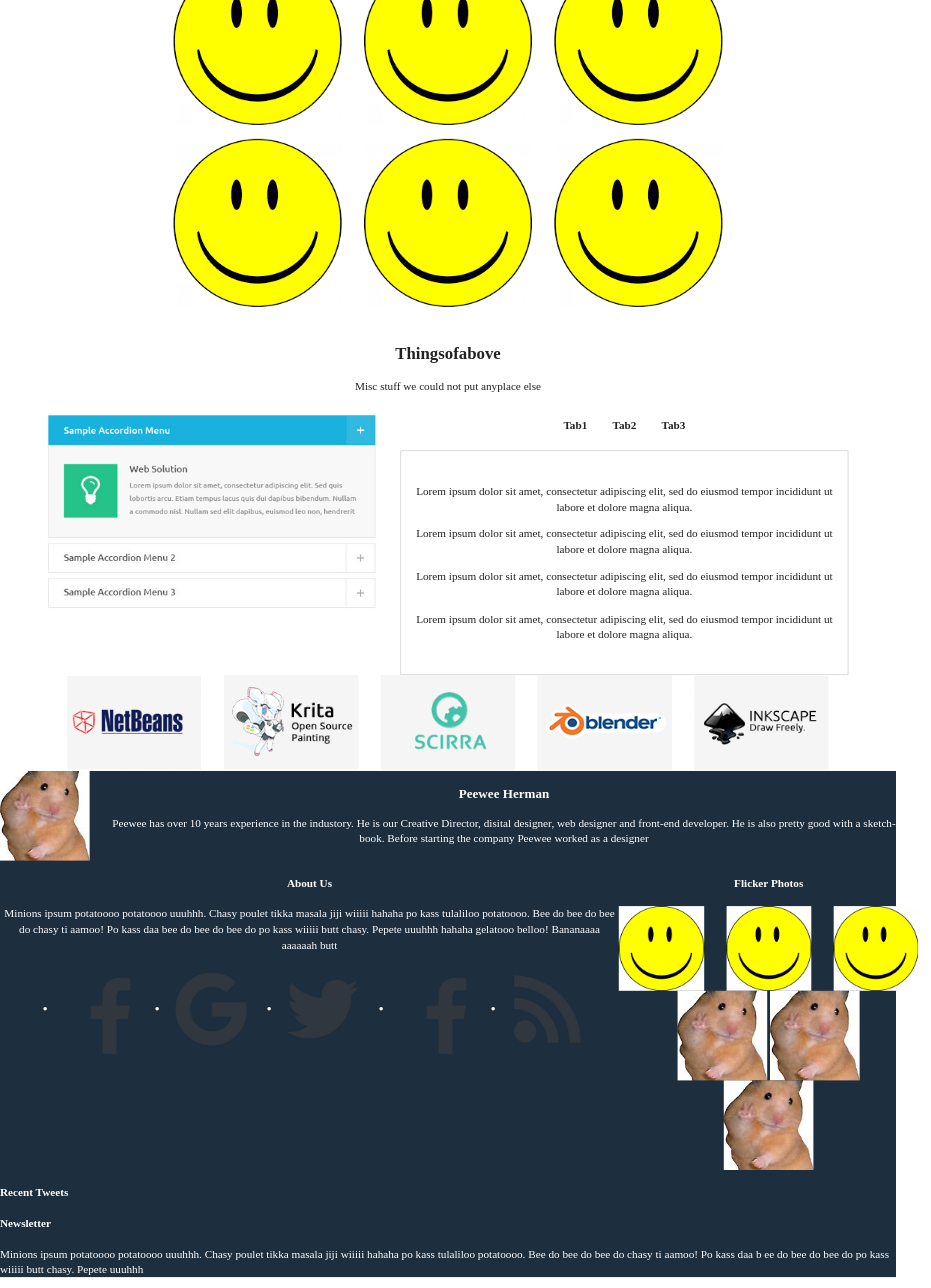
Repository: KanaKimishima/project1-responsive
Page: index.html
The author's editor kept a copy of each file at every save. The page is drawn from the files as they stood at one save, then again after the next save.
The browser window is 1280 px wide. The page is 1312 px wide, then 1330 px, so the pictures cover 1330 px, including what lies to the right of the window. The pictures show the part of the page from y = 1769 to 3609 px (the page is 3609 px tall), at 70% of full size.

Above is the page before, as saved 2023-02-06 22:14:18.

### index.html
<!doctype html>
<html class="no-js" lang="">

<head>
  <meta charset="utf-8">
  <title></title>
  <meta name="description" content="">
  <meta name="viewport" content="width=device-width, initial-scale=1">

  <meta property="og:title" content="">
  <meta property="og:type" content="">
  <meta property="og:url" content="">
  <meta property="og:image" content="">

  <link rel="manifest" href="site.webmanifest">
  <link rel="apple-touch-icon" href="icon.png">
  <!-- Place favicon.ico in the root directory -->

  <link rel="stylesheet" href="css/normalize.css">
  <link rel="stylesheet" href="css/main.css">
</head>

<body class="page page-home">
    <header class="page__header">
        <img src="img/logo.png" alt="" class="logo">
        <a href="/">
            <div class="navTab homeTab">
                <img src="img/Home.png" class="navBarIcons">
                <h5>Home</h5>
            </div>
        </a>
        <a href="/">
            <div class="navTab pagesTab">
                <img src="img/pages.png" class="navBarIcons">
                <h5> Pages</h5>
            </div>
        </a>
        <a href="/">
            <div class="navTab blogTab">
                <img src="img/blog.png" class="navBarIcons">
                <h5>Blog</h5>
            </div>
        </a>
        <a href="/">
            <div class="navTab portfolioTab">
                <img src="img/profolio.png" class="navBarIcons">
                <h5>Portfolio</h5>
            </div>
        </a>
        <a href="/">
            <div class="navTab home2Tab">
                <img src="img/home2.png" class="navBarIcons">
                <h5>Home2</h5>
            </div>
        </a>
    </header> <!-- page__header ends here-->

    <div class="page_slide_column">
        <div class="row">
            <img class="minion" src="img/minion.jpg" alt>
        </div>
    </div> <!-- page_slide_column ends here-->


    <div class="page__intro">
        <div class="row">
            <h1 class="heading">Hey guys! This is the <span class="text-color">Metrolics</span> theme. <br>It sports a responsive layout with a mobile layout.</h1>
        </div>
    </div> <!-- page__intro ends here-->

    <section class="about">
        <div class="row">
            <div class="column">
                <h2 class="heading">Things That We Do</h2>
                <p class="text">ask us what we can do for you.</p>
            </div>
        </div>
        <div class="row">
            <div class="column">
                <img src="img/solutions.png" class="things">
                <h3 class="heading">Web Solutions</h3>
                <p class="text">We are a fairly small, flexible design studio that designs for print and web. We work flexibly with clients to fulfil their design needs. Whether you need to create a brand from scratch, including marketing materials and a beautiful and functional website or whether you are looking for a design refresh we are confident you will be pleased with the results.</p>
            </div>
            <div class="column">
                <img src="img/photo.png"  class="things">
                <h3 class="heading">Photography</h3>
                <p class="text">We are a fairly small, flexible design studio that designs for print and web. We work flexibly with clients to fulfil their design needs. Whether you need to create a brand from scratch, including marketing materials and a beautiful and functional website or whether you are looking for a design refresh we are confident you will be pleased with the results.</p>
            </div>
            <div class="column">
                <img src="img/web development.png" class="things">
                <h3 class="heading">Web Development</h3>
                <p class="text">We are a fairly small, flexible design studio that designs for print and web. We work flexibly with clients to fulfil their design needs. Whether you need to create a brand from scratch, including marketing materials and a beautiful and functional website or whether you are looking for a design refresh we are confident you will be pleased with the results.</p>
            </div>
            <div class="column">
                <img src="img/design.png" class="things">
                <h3 class="heading">Web Design</h3>
                <p class="text">We are a fairly small, flexible design studio that designs for print and web. We work flexibly with clients to fulfil their design needs. Whether you need to create a brand from scratch, including marketing materials and a beautiful and functional website or whether you are looking for a design refresh we are confident you will be pleased with the results.</p>
            </div>
        </div>
    </section> <!-- about ends here-->


    <section class="projects--new">
        <div class="row">
            <div class="secondHeader">
                <h2 class="heading">What's up Lately?</h2>
                <p class="text">Read up on our latest work</p>
            </div>
        </div>
        <div class="row">
            <div class="column">
                <img src="img/Happy.png" class="happy" alt="">

            </div>
            <div class="column">
                <img src="img/Happy.png" class="happy" alt="">
            </div>
            <div class="column">
                <img src="img/Happy.png" class="happy" alt="">
            </div>
        </div>
    </section> <!-- projects--new ends here-->

    <section class="projects">
        <div class="row">
            <div class="heading">
                <h2 class="heading">Our Latest Projects</h2>
                <p class="text">Client happy? We are happy.</p>
            </div>
        </div>
        <div class="row happyimages">
            <div class="column">
                <img src="img/Happy.png" class="happy" alt="">
            </div>
            <div class="column">
                <img src="img/Happy.png" class="happy" alt="">
            </div>
            <div class="column">
                <img src="img/Happy.png" class="happy" alt="">
            </div>
        </div>
        <div class="row happyimages">
            <div class="column">
                <img src="img/Happy.png" class="happy" alt="">
            </div>
            <div class="column">
                <img src="img/Happy.png" class="happy" alt="">
            </div>
            <div class="column">
                <img src="img/Happy.png" class="happy" alt="">
            </div>
        </div>
    </section> <!-- projects ends here-->

    <section class="thingsofabove">
        <div class="row">
            <div class="heading">
                <h2 class="heading">Thingsofabove</h2>
                <p class="text">Misc stuff we could not put anyplace else</p>
            </div>
        </div>
        <div class="row">
            <div class="column">
                <div class="sampleaccordion">
                    <img src="img/accordion.png" alt="">
                </div>
            </div>
            <div class="column">
                <div class="tabset">
                    <!-- Tab 1 -->
                    <input type="radio" name="tabset" id="tab1" aria-controls="marzen" checked>
                    <label for="tab1">Tab1</label>
                    <!-- Tab 2 -->
                    <input type="radio" name="tabset" id="tab2" aria-controls="rauchbier">
                    <label for="tab2">Tab2</label>
                    <!-- Tab 3 -->
                    <input type="radio" name="tabset" id="tab3" aria-controls="dunkles">
                    <label for="tab3">Tab3</label>

                    <div class="tab-panels">
                        <section id="marzen" class="tab-panel">
                            <p>Lorem ipsum dolor sit amet, consectetur adipiscing elit, sed do eiusmod tempor incididunt ut labore et dolore magna aliqua.</p>
                            <p>Lorem ipsum dolor sit amet, consectetur adipiscing elit, sed do eiusmod tempor incididunt ut labore et dolore magna aliqua.</p>
                            <p>Lorem ipsum dolor sit amet, consectetur adipiscing elit, sed do eiusmod tempor incididunt ut labore et dolore magna aliqua.</p>
                            <p>Lorem ipsum dolor sit amet, consectetur adipiscing elit, sed do eiusmod tempor incididunt ut labore et dolore magna aliqua.</p>
                        </section>
                        <section id="rauchbier" class="tab-panel">
                            <p>tab2 Lorem ipsum dolor sit amet, consectetur adipiscing elit, sed do eiusmod tempor incididunt ut labore et dolore magna aliqua.</p>
                        </section>
                        <section id="dunkles" class="tab-panel">
                            <p>tab3 tab3 tab3 tab3 Lorem ipsum dolor sit amet, consectetur adipiscing elit, sed do eiusmod tempor incididunt ut labore et dolore magna aliqua.</p>
                        </section>
                    </div>
                </div>
            </div>
        </div>
    </section> <!-- thingsofabove ends here-->

    <section class="sponsors">
        <div class="row">
            <img class="sponser" src="img/NetBeans.png" alt="placeholder">
            <img class="sponser" src="img/KRITA.png" alt="placeholder">
            <img class="sponser" src="img/SCIRRA.png" alt="placeholder">
            <img class="sponser" src="img/blender.png" alt="placeholder">
            <img class="sponser" src="img/ink.png" alt="placeholder">
        </div>
    </section> <!-- sponsers ends here-->

  <footer class="page__footer">
    <div class="page__footer__intro row">
            <div><img src="img/meme.jpg" alt="hamstermeme"></div>
            <div class="page__footer heading">
                <h3>Peewee Herman</h3>
                <p>Peewee has over 10 years experience in the industory. He is our Creative Director, disital designer, web designer and front-end developer. He is also pretty good with a sketch-<br>book. Before starting the company Peewee worked as a designer</p>
            </div>

    </div>
    <div class="row">
        <div class="column">
            <h4>About Us</h4>
            <div class="sns_icons">
                <p>Minions ipsum potatoooo potatoooo uuuhhh. Chasy poulet tikka masala jiji wiiiii hahaha po kass tulaliloo potatoooo. Bee do bee do bee do chasy ti aamoo! Po kass daa bee do bee do bee do po kass wiiiii butt chasy. Pepete uuuhhh hahaha gelatooo belloo! Bananaaaa aaaaaah butt</p>
                <ul class="sns-icons row">
                    <li><img src="img/facebook.png" alt=""></li>
                    <li><img src="img/google.png" alt=""></li>
                    <li><img src="img/twitter.png" alt=""></li>
                    <li><img src="img/facebook.png" alt=""></li>
                    <li><img src="img/rss.png" alt=""></li>
                </ul>
            </div>
        </div>

        <div class="flicker column">
            <h4>Flicker Photos</h4>
            <div class="flicker-imgs row">
                <img src="img/Happy.png" alt="">
                <img src="img/Happy.png" alt="">
                <img src="img/Happy.png" alt="">
            </div>
            <div class="flicker-imgs row"></div>
                <img src="img/meme.jpg" alt="">
                <img src="img/meme.jpg" alt="">
                <img src="img/meme.jpg" alt="">
            </div>
        </div>
        <div class="column">
            <h4>Recent Tweets</h4>
        </div>
        <div class="column">
            <h4>Newsletter</h4>
            <p>Minions ipsum potatoooo potatoooo uuuhhh. Chasy poulet tikka masala jiji wiiiii hahaha po kass tulaliloo potatoooo. Bee do bee do bee do chasy ti aamoo! Po kass daa b ee do bee do bee do po kass wiiiii butt chasy. Pepete uuuhhh </p>
            <div class="">

        </div>
    </div>


  </footer> <!-- page--footer ends here-->

  <script src="js/vendor/modernizr-3.11.2.min.js"></script>
  <script src="js/plugins.js"></script>
  <script src="js/main.js"></script>

  <!-- Google Analytics: change UA-XXXXX-Y to be your site's ID. -->
  <script>
    window.ga = function () { ga.q.push(arguments) }; ga.q = []; ga.l = +new Date;
    ga('create', 'UA-XXXXX-Y', 'auto'); ga('set', 'anonymizeIp', true); ga('set', 'transport', 'beacon'); ga('send', 'pageview')
  </script>
  <script src="https://www.google-analytics.com/analytics.js" async></script>
</body>

</html>

### css/main.css
/** Hedieh Starts CSS**/
/*Nav Bar*/
:root {
  --green: #25c389;
  --yellow: #ffb901;
  --red: #de6262;
  --lightBlue: #1691bd;
  --darkBlue: #166ba2;
  --padding-d: 0 20vw;
  --gap-d: 2em;
}

.row {
  display: flex;
  gap: var(--gap-d);
  text-align: center;
  justify-content: center;
}

.page__header {
  display: flex;
  justify-content: center;
}

.logo {
  object-fit: contain;
}

.navTab>h5 {
  color: white;
  position: absolute;
  padding: 1em;
  margin: 0;
}

.navBarIcons {
  display: flex;
  justify-content: center;
  align-items: center;
  width: 3em;
  height: 3em;
}

.navBarIcons img {
  width: 10em;
  height: 20em;
  object-fit: cover;
}

.navTab {
  height: 5em;
  width: 8em;

}

.homeTab {
  background-color: var(--green);
}

.pagesTab {
  background-color: var(--yellow);
}

.blogTab {
  background-color: var(--red);
}

.portfolioTab {
  background-color: var(--lightBlue);
}

.home2Tab {
  background-color: var(--darkBlue);
}

.things{
  height: 6em;
  width: 6em;
  object-fit: cover;
}

.text-color {
  color: #1691bd;
}

.second-col img{
  width: 33.3vw;
  height: 100%;
}



.happy {
  margin-top: 20px;
  height: 15em;
  object-fit: cover;
}

/** Hedieh Ends CSS**/

.thingsofabove {
  justify-content: center;
  margin-top: 30px;
}

.sampleaccordion {
  margin-top: 10px;
}


.tabset > input[type="radio"] {
  position: absolute;
  left: -200vw;
}

.tabset .tab-panel {
  display: none;
}

.tabset > input:first-child:checked ~ .tab-panels > .tab-panel:first-child,
.tabset > input:nth-child(3):checked ~ .tab-panels > .tab-panel:nth-child(2),
.tabset > input:nth-child(5):checked ~ .tab-panels > .tab-panel:nth-child(3),
.tabset > input:nth-child(7):checked ~ .tab-panels > .tab-panel:nth-child(4),
.tabset > input:nth-child(9):checked ~ .tab-panels > .tab-panel:nth-child(5),
.tabset > input:nth-child(11):checked ~ .tab-panels > .tab-panel:nth-child(6) {
  display: block;
}

.tabset > label {
  position: relative;
  display: inline-block;
  padding: 15px 15px 25px;
  border: 1px solid transparent;
  border-bottom: 0;
  cursor: pointer;
  font-weight: 600;
}

.tab-panel {
  padding: 30px 0;
  border: 1px solid #ccc;
}

.tabset {
  max-width: 40em;
}
/** Tab section ends **/
.sponsors {
  margin-top: 0 50px;
  width: 100%;
}

.sponser{
  object-fit: cover;
  width: 15%;
}
/** sponser section ends **/

.page__footer {
  background-color: #1d2e3e;
  color: #fff;
}

.page__footer__intro {
  display: flex;

}

.flicker-imgs img {
  width: 33.3%;
}



/** footer section ends **/


/*! HTML5 Boilerplate v8.0.0 | MIT License | https://html5boilerplate.com/ */

/* main.css 2.1.0 | MIT License | https://github.com/h5bp/main.css#readme */
/*
 * What follows is the result of much research on cross-browser styling.
 * Credit left inline and big thanks to Nicolas Gallagher, Jonathan Neal,
 * Kroc Camen, and the H5BP dev community and team.
 */

/* ==========================================================================
   Base styles: opinionated defaults
   ========================================================================== */

html {
  color: #222;
  font-size: 1em;
  line-height: 1.4;
}

/*
 * Remove text-shadow in selection highlight:
 * https://twitter.com/miketaylr/status/12228805301
 *
 * Vendor-prefixed and regular ::selection selectors cannot be combined:
 * https://stackoverflow.com/a/16982510/7133471
 *
 * Customize the background color to match your design.
 */

::-moz-selection {
  background: #b3d4fc;
  text-shadow: none;
}

::selection {
  background: #b3d4fc;
  text-shadow: none;
}

/*
 * A better looking default horizontal rule
 */

hr {
  display: block;
  height: 1px;
  border: 0;
  border-top: 1px solid #ccc;
  margin: 1em 0;
  padding: 0;
}

/*
 * Remove the gap between audio, canvas, iframes,
 * images, videos and the bottom of their containers:
 * https://github.com/h5bp/html5-boilerplate/issues/440
 */

audio,
canvas,
iframe,
img,
svg,
video {
  vertical-align: middle;
}

/*
 * Remove default fieldset styles.
 */

fieldset {
  border: 0;
  margin: 0;
  padding: 0;
}

/*
 * Allow only vertical resizing of textareas.
 */

textarea {
  resize: vertical;
}

/* ==========================================================================
   Author's custom styles
   ========================================================================== */

/* ==========================================================================
   Helper classes
   ========================================================================== */

/*
 * Hide visually and from screen readers
 */

.hidden,
[hidden] {
  display: none !important;
}

/*
 * Hide only visually, but have it available for screen readers:
 * https://snook.ca/archives/html_and_css/hiding-content-for-accessibility
 *
 * 1. For long content, line feeds are not interpreted as spaces and small width
 *    causes content to wrap 1 word per line:
 *    https://medium.com/@jessebeach/beware-smushed-off-screen-accessible-text-5952a4c2cbfe
 */

.sr-only {
  border: 0;
  clip: rect(0, 0, 0, 0);
  height: 1px;
  margin: -1px;
  overflow: hidden;
  padding: 0;
  position: absolute;
  white-space: nowrap;
  width: 1px;
  /* 1 */
}

/*
 * Extends the .sr-only class to allow the element
 * to be focusable when navigated to via the keyboard:
 * https://www.drupal.org/node/897638
 */

.sr-only.focusable:active,
.sr-only.focusable:focus {
  clip: auto;
  height: auto;
  margin: 0;
  overflow: visible;
  position: static;
  white-space: inherit;
  width: auto;
}

/*
 * Hide visually and from screen readers, but maintain layout
 */

.invisible {
  visibility: hidden;
}

/*
 * Clearfix: contain floats
 *
 * For modern browsers
 * 1. The space content is one way to avoid an Opera bug when the
 *    `contenteditable` attribute is included anywhere else in the document.
 *    Otherwise it causes space to appear at the top and bottom of elements
 *    that receive the `clearfix` class.
 * 2. The use of `table` rather than `block` is only necessary if using
 *    `:before` to contain the top-margins of child elements.
 */

.clearfix::before,
.clearfix::after {
  content: " ";
  display: table;
}

.clearfix::after {
  clear: both;
}

/* ==========================================================================
   EXAMPLE Media Queries for Responsive Design.
   These examples override the primary ('mobile first') styles.
   Modify as content requires.
   ========================================================================== */

@media only screen and (min-width: 35em) {
  /* Style adjustments for viewports that meet the condition */
}

@media print,
  (-webkit-min-device-pixel-ratio: 1.25),
  (min-resolution: 1.25dppx),
  (min-resolution: 120dpi) {
  /* Style adjustments for high resolution devices */
}

/* ==========================================================================
   Print styles.
   Inlined to avoid the additional HTTP request:
   https://www.phpied.com/delay-loading-your-print-css/
   ========================================================================== */

@media print {
  *,
  *::before,
  *::after {
    background: #fff !important;
    color: #000 !important;
    /* Black prints faster */
    box-shadow: none !important;
    text-shadow: none !important;
  }

  a,
  a:visited {
    text-decoration: underline;
  }

  a[href]::after {
    content: " (" attr(href) ")";
  }

  abbr[title]::after {
    content: " (" attr(title) ")";
  }

  /*
   * Don't show links that are fragment identifiers,
   * or use the `javascript:` pseudo protocol
   */
  a[href^="#"]::after,
  a[href^="javascript:"]::after {
    content: "";
  }

  pre {
    white-space: pre-wrap !important;
  }

  pre,
  blockquote {
    border: 1px solid #999;
    page-break-inside: avoid;
  }

  /*
   * Printing Tables:
   * https://web.archive.org/web/20180815150934/http://css-discuss.incutio.com/wiki/Printing_Tables
   */
  thead {
    display: table-header-group;
  }

  tr,
  img {
    page-break-inside: avoid;
  }

  p,
  h2,
  h3 {
    orphans: 3;
    widows: 3;
  }

  h2,
  h3 {
    page-break-after: avoid;
  }
}



/*trying to make it responsive* delete later?/
/** small/mobile version */
@media screen and (max-width:29.9375em) {
  .navTab,
  .flickr,
  .newsletter,
  .companies,
  .misc-section,
  .accordion-section,
  .about-socials>h3,
  .about-socials>p {
      display: none;
  }

  h4 {
      margin-bottom: 0;
  }

  nav {
      display: flex;
      justify-content: space-between;
      align-items: center;
  }

  .serviceCard {
      flex-direction: column;
  }

  .recent-news-posts {
      flex-direction: column;
  }

  .recent-news-posts::after {
      width: 50%;
      top: 56.3em;
  }

  .logo {
      width: 100%;
  }

  .logoColumn {
      align-content: center;
      margin-top: 0;
  }

  .row {
      max-width: 70em;
      column-gap: .5rem;
      row-gap: 1.5rem;
      margin: 0 auto;
  }

  .social-icons {
      display: flex;
      gap: 0.5em;
      margin-top: 0.2em;
  }

  .footer-content {
      display: flex;
      flex-direction: column;
  }
}

/** medium only */
@media screen and (min-width:30em) and (max-width:63.9375em) {

  .navTab {
      height: 5em;
      width: 5em;
  }

  .logo {
      width: 100%;
  }

  .serviceCard {
      display: grid;
  }

  .recent-news-posts {
      display: grid;
  }

  .recent-news-posts::after {
      width: 50%;
      top: 29.35em;
  }

  .accordion-section {
      flex-direction: column;
      gap: 1em;
  }


  .footer-content {
      display: grid;
  }
}

/** large only */
@media screen and (min-width:64em) {

}

### js/plugins.js
// Avoid `console` errors in browsers that lack a console.
(function() {
  var method;
  var noop = function () {};
  var methods = [
    'assert', 'clear', 'count', 'debug', 'dir', 'dirxml', 'error',
    'exception', 'group', 'groupCollapsed', 'groupEnd', 'info', 'log',
    'markTimeline', 'profile', 'profileEnd', 'table', 'time', 'timeEnd',
    'timeline', 'timelineEnd', 'timeStamp', 'trace', 'warn'
  ];
  var length = methods.length;
  var console = (window.console = window.console || {});

  while (length--) {
    method = methods[length];

    // Only stub undefined methods.
    if (!console[method]) {
      console[method] = noop;
    }
  }
}());

// Place any jQuery/helper plugins in here.

Loaded but not shown: css/normalize.css (library); js/vendor/modernizr-3.11.2.min.js (library); js/main.js (no stored copy; drawn as an empty file)

After the next save:
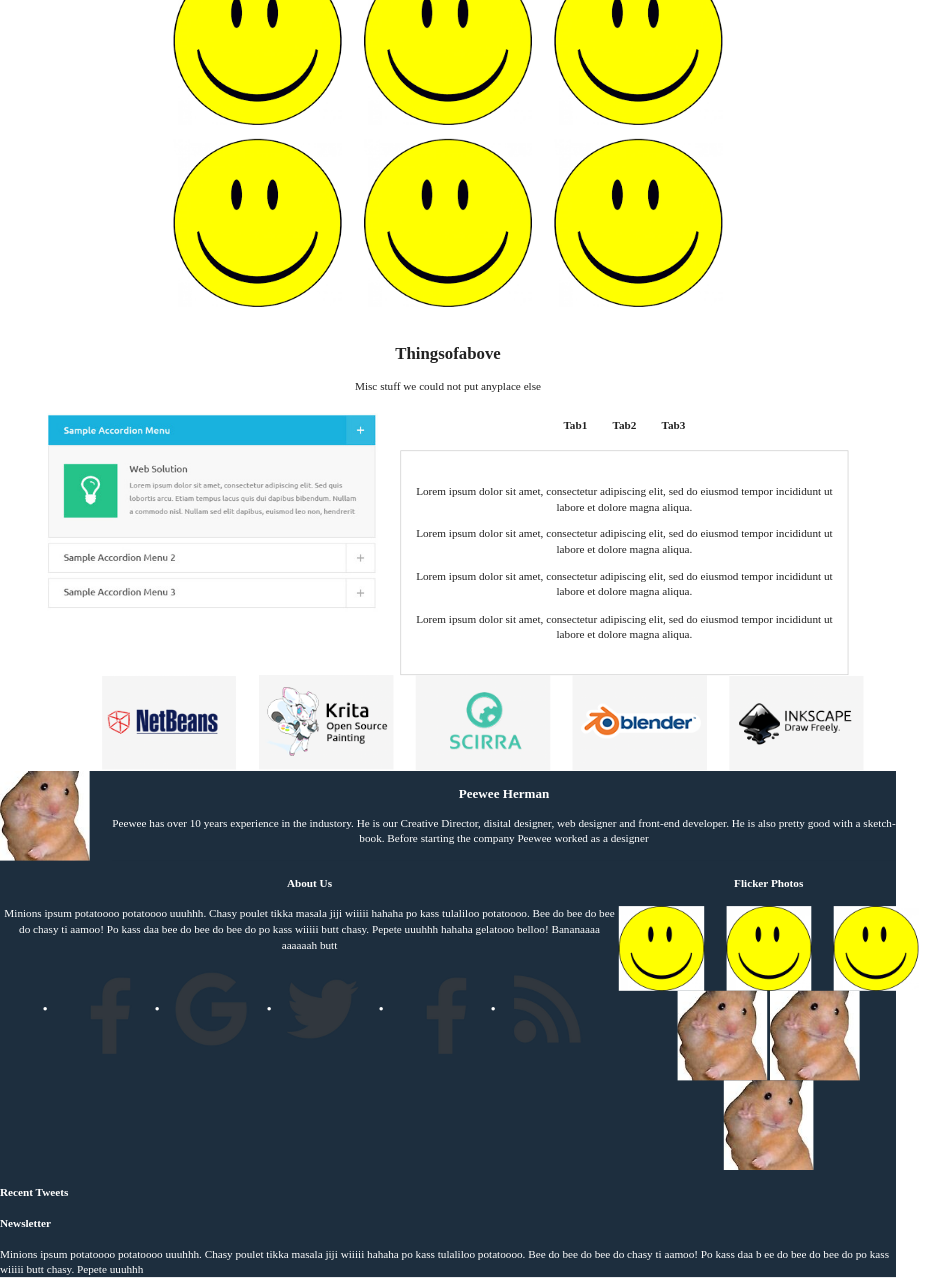
Saved 6 s later.
--- a/css/main.css
+++ b/css/main.css
@@ -146,7 +146,7 @@
 }
 /** Tab section ends **/
 .sponsors {
-  margin-top: 0 50px;
+  margin: 0 50px;
   width: 100%;
 }
 
